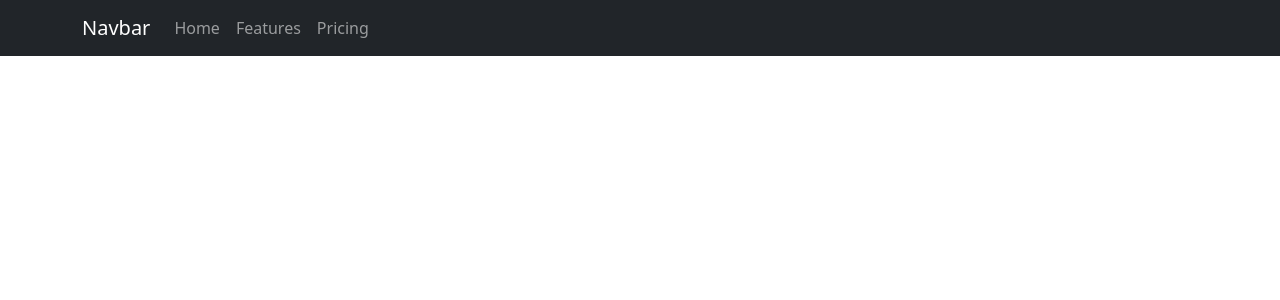
Repository: Luisossandoval/LuisHomePage
Page: /
These files come from the project's save history. The page is drawn as it stood at one moment and after the next save; the edit follows.
The browser window is 1280 px wide. The pictures show the whole page.
The project was rebuilt for these pictures with package versions that can differ from the ones it lists, and the page was loaded fresh each time. Also part of the build but not shown: src/App.css, src/pages/NotFoundPage/NotFoundPage.jsx. Imported but missing from the stored project, and not drawn on this page: src/pages/Biography/Biography.

Above is the page before, as saved 2024-10-16 21:37:00.

After the next save:
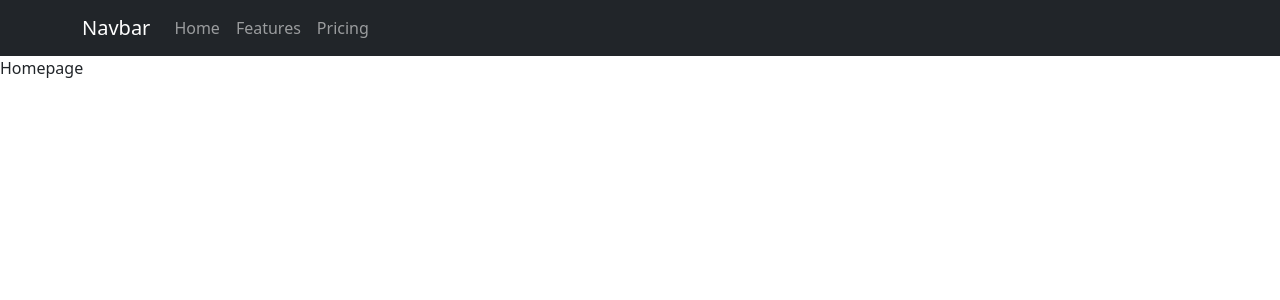
Saved 96 s later.
--- a/src/layout/AppLayout.js
+++ b/src/layout/AppLayout.js
@@ -2,10 +2,11 @@ import React from "react";
 import Container from "react-bootstrap/Container";
 import Nav from "react-bootstrap/Nav";
 import Navbar from "react-bootstrap/Navbar";
+import { Outlet } from "react-router-dom";
 
 const AppLayout = () => {
   return (
-    <>
+    <div>
       <Navbar bg='dark' data-bs-theme='dark'>
         <Container>
           <Navbar.Brand href='#home'>Navbar</Navbar.Brand>
@@ -16,7 +17,8 @@ const AppLayout = () => {
           </Nav>
         </Container>
       </Navbar>
-    </>
+      <Outlet />
+    </div>
   );
 };
 
